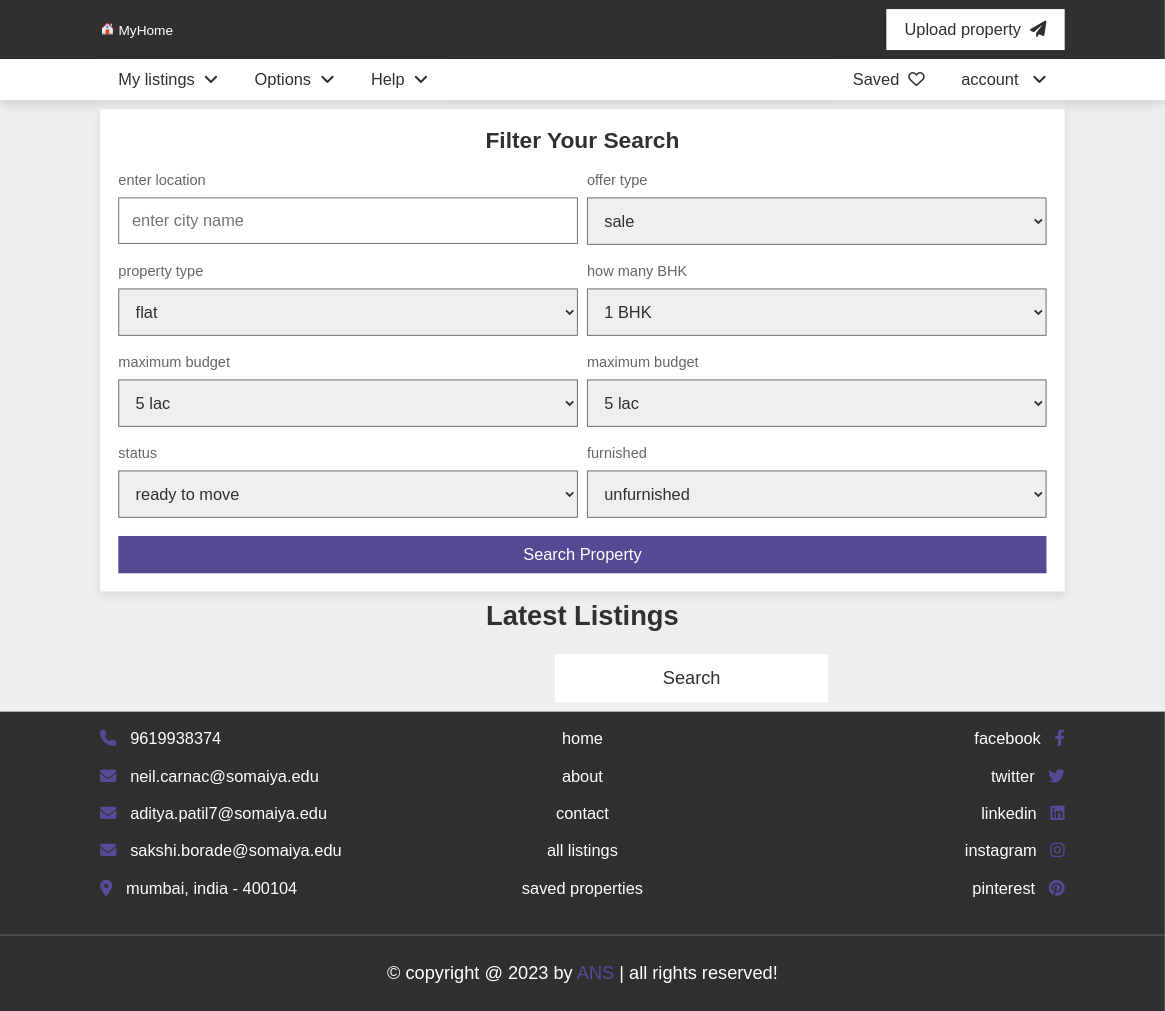
Repository: adi-tya999/wpl-project-realestatewebsite-main
Page: http://localhost/project/search.php
An editor plug-in stored every save of this project. The page is shown before and after the next save, followed by the edit.
The browser window is 1280 px wide. The pictures show the whole page, at 91% of full size.
The page is run by PHP 8.4 with error messages shown; the project is at /var/www/html/. Queries for data that is not in the repository find no rows.

Above is the page before, as saved 2023-04-30 16:53:25.

### project/search.php
<?php

include 'components/connect.php';

if(isset($_COOKIE['user_id'])){
   $user_id = $_COOKIE['user_id'];
}else{
   $user_id = '';
}

include 'components/save_send.php';

?>

<!DOCTYPE html>
<html lang="en">
<head>
<link type="image/png" sizes="16x16" rel="icon" href="images/hoe.png">

   <meta charset="UTF-8">
   <meta http-equiv="X-UA-Compatible" content="IE=edge">
   <meta name="viewport" content="width=device-width, initial-scale=1.0">
   <title>Search Me Daddy</title>

   <!-- font awesome cdn link  -->
   <link rel="stylesheet" href="https://cdnjs.cloudflare.com/ajax/libs/font-awesome/6.2.0/css/all.min.css">

   <!-- custom css file link  -->
   <link rel="stylesheet" href="css/style.css">

</head>
<body>

<?php include 'components/user_header.php'; ?>

<!-- search filter section starts  -->

<section class="filters" style="padding-bottom: 0;">

   <form action="" method="post">
      <div id="close-filter"><i class="fas fa-times"></i></div>
      <h3>filter your search</h3>

         <div class="flex">
            <div class="box">
               <p>enter location</p>
               <input type="text" name="location" required maxlength="50" placeholder="enter city name" class="input">
            </div>
            <div class="box">
               <p>offer type</p>
               <select name="offer" class="input" required>
                  <option value="sale">sale</option>
                  <option value="resale">resale</option>
                  <option value="rent">rent</option>
               </select>
            </div>
            <div class="box">
               <p>property type</p>
               <select name="type" class="input" required>
                  <option value="flat">flat</option>
                  <option value="house">house</option>
                  <option value="shop">shop</option>
               </select>
            </div>
            <div class="box">
               <p>how many BHK</p>
               <select name="bhk" class="input" required>
                  <option value="1">1 BHK</option>
                  <option value="2">2 BHK</option>
                  <option value="3">3 BHK</option>
                  <option value="4">4 BHK</option>
                  <option value="5">5 BHK</option>
                  <option value="6">6 BHK</option>
                  <option value="7">7 BHK</option>
                  <option value="8">8 BHK</option>
                  <option value="9">9 BHK</option>
               </select>
            </div>
            <div class="box">
               <p>maximum budget</p>
               <select name="min" class="input" required>
                  <option value="500000">5 lac</option>
                  <option value="1000000">10 lac</option>
                  <option value="2000000">20 lac</option>
                  <option value="3000000">30 lac</option>
                  <option value="4000000">40 lac</option>
                  <option value="4000000">40 lac</option>
                  <option value="5000000">50 lac</option>
                  <option value="6000000">60 lac</option>
                  <option value="7000000">70 lac</option>
                  <option value="8000000">80 lac</option>
                  <option value="9000000">90 lac</option>
                  <option value="10000000">1 Cr</option>
                  <option value="20000000">2 Cr</option>
                  <option value="30000000">3 Cr</option>
                  <option value="40000000">4 Cr</option>
                  <option value="50000000">5 Cr</option>
                  <option value="60000000">6 Cr</option>
                  <option value="70000000">7 Cr</option>
                  <option value="80000000">8 Cr</option>
                  <option value="90000000">9 Cr</option>
                  <option value="100000000">10 Cr</option>
                  <option value="150000000">15 Cr</option>
                  <option value="200000000">20 Cr</option>
               </select>
            </div>
            <div class="box">
               <p>maximum budget</p>
               <select name="max" class="input" required>
                  <option value="500000">5 lac</option>
                  <option value="1000000">10 lac</option>
                  <option value="2000000">20 lac</option>
                  <option value="3000000">30 lac</option>
                  <option value="4000000">40 lac</option>
                  <option value="4000000">40 lac</option>
                  <option value="5000000">50 lac</option>
                  <option value="6000000">60 lac</option>
                  <option value="7000000">70 lac</option>
                  <option value="8000000">80 lac</option>
                  <option value="9000000">90 lac</option>
                  <option value="10000000">1 Cr</option>
                  <option value="20000000">2 Cr</option>
                  <option value="30000000">3 Cr</option>
                  <option value="40000000">4 Cr</option>
                  <option value="50000000">5 Cr</option>
                  <option value="60000000">6 Cr</option>
                  <option value="70000000">7 Cr</option>
                  <option value="80000000">8 Cr</option>
                  <option value="90000000">9 Cr</option>
                  <option value="100000000">10 Cr</option>
                  <option value="150000000">15 Cr</option>
                  <option value="200000000">20 Cr</option>
               </select>
            </div>
            <div class="box">
               <p>status</p>
               <select name="status" class="input" required>
                  <option value="ready to move">ready to move</option>
                  <option value="under construction">under construction</option>
               </select>
            </div>
            <div class="box">
               <p>furnished</p>
               <select name="furnished" class="input" required>
                  <option value="unfurnished">unfurnished</option>
                  <option value="furnished">furnished</option>
                  <option value="semi-furnished">semi-furnished</option>
               </select>
            </div>
         </div>
         <input type="submit" value="search property" name="filter_search" class="btn">
   </form>

</section>

<!-- search filter section ends -->

<div id="filter-btn" class="fas fa-filter"></div>

<?php

if(isset($_POST['h_search'])){

   $h_location = $_POST['h_location'];
   $h_location = filter_var($h_location, FILTER_SANITIZE_STRING);
   $h_type = $_POST['h_type'];
   $h_type = filter_var($h_type, FILTER_SANITIZE_STRING);
   $h_offer = $_POST['h_offer'];
   $h_offer = filter_var($h_offer, FILTER_SANITIZE_STRING);
   $h_min = $_POST['h_min'];
   $h_min = filter_var($h_min, FILTER_SANITIZE_STRING);
   $h_max = $_POST['h_max'];
   $h_max = filter_var($h_max, FILTER_SANITIZE_STRING);

   $select_properties = $conn->prepare("SELECT * FROM `property` WHERE address LIKE '%{$h_location}%' AND type LIKE '%{$h_type}%' AND offer LIKE '%{$h_offer}%' AND price BETWEEN $h_min AND $h_max ORDER BY date DESC");
   $select_properties->execute();

}elseif(isset($_POST['filter_search'])){

   $location = $_POST['location'];
   $location = filter_var($location, FILTER_SANITIZE_STRING);
   $type = $_POST['type'];
   $type = filter_var($type, FILTER_SANITIZE_STRING);
   $offer = $_POST['offer'];
   $offer = filter_var($offer, FILTER_SANITIZE_STRING);
   $bhk = $_POST['bhk'];
   $bhk = filter_var($bhk, FILTER_SANITIZE_STRING);
   $min = $_POST['min'];
   $min = filter_var($min, FILTER_SANITIZE_STRING);
   $max = $_POST['max'];
   $max = filter_var($max, FILTER_SANITIZE_STRING);
   $status = $_POST['status'];
   $status = filter_var($status, FILTER_SANITIZE_STRING);
   $furnished = $_POST['furnished'];
   $furnished = filter_var($furnished, FILTER_SANITIZE_STRING);

   $select_properties = $conn->prepare("SELECT * FROM `property` WHERE address LIKE '%{$location}%' AND type LIKE '%{$type}%' AND offer LIKE '%{$offer}%' AND bhk LIKE '%{$bhk}%' AND status LIKE '%{$status}%' AND furnished LIKE '%{$furnished}%' AND price BETWEEN $min AND $max ORDER BY date DESC");
   $select_properties->execute();

}else{
   $select_properties = $conn->prepare("SELECT * FROM `property` ORDER BY date DESC LIMIT 6");
   $select_properties->execute();
}

?>

<!-- listings section starts  -->

<section class="listings">

   <?php
      if(isset($_POST['h_search']) or isset($_POST['filter_search'])){
         echo '<h1 class="heading">search results</h1>';
      }else{
         echo '<h1 class="heading">latest listings</h1>';
      }
   ?>

   <div class="box-container">
      <?php
         $total_images = 0;
         if($select_properties->rowCount() > 0){
            while($fetch_property = $select_properties->fetch(PDO::FETCH_ASSOC)){
            $select_user = $conn->prepare("SELECT * FROM `users` WHERE id = ?");
            $select_user->execute([$fetch_property['user_id']]);
            $fetch_user = $select_user->fetch(PDO::FETCH_ASSOC);

            if(!empty($fetch_property['image_02'])){
               $image_coutn_02 = 1;
            }else{
               $image_coutn_02 = 0;
            }
            if(!empty($fetch_property['image_03'])){
               $image_coutn_03 = 1;
            }else{
               $image_coutn_03 = 0;
            }
            if(!empty($fetch_property['image_04'])){
               $image_coutn_04 = 1;
            }else{
               $image_coutn_04 = 0;
            }
            if(!empty($fetch_property['image_05'])){
               $image_coutn_05 = 1;
            }else{
               $image_coutn_05 = 0;
            }

            $total_images = (1 + $image_coutn_02 + $image_coutn_03 + $image_coutn_04 + $image_coutn_05);

            $select_saved = $conn->prepare("SELECT * FROM `saved` WHERE property_id = ? and user_id = ?");
            $select_saved->execute([$fetch_property['id'], $user_id]);

      ?>
      <form action="" method="POST">
         <div class="box">
            <input type="hidden" name="property_id" value="<?= $fetch_property['id']; ?>">
            <?php
               if($select_saved->rowCount() > 0){
            ?>
            <button type="submit" name="save" class="save"><i class="fas fa-heart"></i><span>saved</span></button>
            <?php
               }else{
            ?>
            <button type="submit" name="save" class="save"><i class="far fa-heart"></i><span>save</span></button>
            <?php
               }
            ?>
            <div class="thumb">
               <p class="total-images"><i class="far fa-image"></i><span><?= $total_images; ?></span></p>
               <img src="uploaded_files/<?= $fetch_property['image_01']; ?>" alt="">
            </div>
            <div class="admin">
               <h3><?= substr($fetch_user['name'], 0, 1); ?></h3>
               <div>
                  <p><?= $fetch_user['name']; ?></p>
                  <span><?= $fetch_property['date']; ?></span>
               </div>
            </div>
         </div>
         <div class="box">
            <div class="price"><i class="fas fa-indian-rupee-sign"></i><span><?= $fetch_property['price']; ?></span></div>
            <h3 class="name"><?= $fetch_property['property_name']; ?></h3>
            <p class="location"><i class="fas fa-map-marker-alt"></i><span><?= $fetch_property['address']; ?></span></p>
            <div class="flex">
               <p><i class="fas fa-house"></i><span><?= $fetch_property['type']; ?></span></p>
               <p><i class="fas fa-tag"></i><span><?= $fetch_property['offer']; ?></span></p>
               <p><i class="fas fa-bed"></i><span><?= $fetch_property['bhk']; ?> BHK</span></p>
               <p><i class="fas fa-trowel"></i><span><?= $fetch_property['status']; ?></span></p>
               <p><i class="fas fa-couch"></i><span><?= $fetch_property['furnished']; ?></span></p>
               <p><i class="fas fa-maximize"></i><span><?= $fetch_property['carpet']; ?>sqft</span></p>
            </div>
            <div class="flex-btn">
               <a href="view_property.php?get_id=<?= $fetch_property['id']; ?>" class="btn">view property</a>
               <input type="submit" value="send enquiry" name="send" class="btn">
            </div>
         </div>
      </form>
      <?php
         }
      }else{
         echo '<p class="empty">Search</p>';
      }
      ?>

   </div>

</section>

<!-- listings section ends -->











<script src="https://cdnjs.cloudflare.com/ajax/libs/sweetalert/2.1.2/sweetalert.min.js"></script>

<?php include 'components/footer.php'; ?>

<!-- custom js file link  -->
<script src="js/script.js"></script>

<?php include 'components/message.php'; ?>

<script>

document.querySelector('#filter-btn').onclick = () =>{
   document.querySelector('.filters').classList.add('active');
}

document.querySelector('#close-filter').onclick = () =>{
   document.querySelector('.filters').classList.remove('active');
}

</script>

</body>
</html>

### project/components/connect.php
<?php

   $db_name = 'mysql:host=localhost;dbname=home_db';
   $db_user_name = 'root';
   $db_user_pass = '';

   $conn = new PDO($db_name, $db_user_name, $db_user_pass);

   function create_unique_id(){
      $characters = '0123456789abcdefghijklmnopqrstuvwxyzABCDEFGHIJKLMNOPQRSTUVWXYZ';
      $charactersLength = strlen($characters);
      $randomString = '';
      for ($i = 0; $i < 20; $i++) {
          $randomString .= $characters[mt_rand(0, $charactersLength - 1)];
      }
      return $randomString;
  }

?>

### project/components/save_send.php
<?php

if(isset($_POST['save'])){
   if($user_id != ''){

      $save_id = create_unique_id();
      $property_id = $_POST['property_id'];
      $property_id = filter_var($property_id, FILTER_SANITIZE_STRING);

      $verify_saved = $conn->prepare("SELECT * FROM `saved` WHERE property_id = ? and user_id = ?");
      $verify_saved->execute([$property_id, $user_id]);

      if($verify_saved->rowCount() > 0){
         $remove_saved = $conn->prepare("DELETE FROM `saved` WHERE property_id = ? AND user_id = ?");
         $remove_saved->execute([$property_id, $user_id]);
         $success_msg[] = 'removed from saved!';
      }else{
         $insert_saved = $conn->prepare("INSERT INTO`saved`(id, property_id, user_id) VALUES(?,?,?)");
         $insert_saved->execute([$save_id, $property_id, $user_id]);
         $success_msg[] = 'listing saved!';
      }

   }else{
      $warning_msg[] = 'please login first!';
   }
}

if(isset($_POST['send'])){
   if($user_id != ''){

      $request_id = create_unique_id();
      $property_id = $_POST['property_id'];
      $property_id = filter_var($property_id, FILTER_SANITIZE_STRING);

      $select_receiver = $conn->prepare("SELECT user_id FROM `property` WHERE id = ? LIMIT 1");
      $select_receiver->execute([$property_id]);
      $fetch_receiver = $select_receiver->fetch(PDO::FETCH_ASSOC);
      $receiver = $fetch_receiver['user_id'];

      $verify_request = $conn->prepare("SELECT * FROM `requests` WHERE property_id = ? AND sender = ? AND receiver = ?");
      $verify_request->execute([$property_id, $user_id, $receiver]);

      if(($verify_request->rowCount() > 0)){
         $warning_msg[] = 'request sent already!';
      }else{
         $send_request = $conn->prepare("INSERT INTO `requests`(id, property_id, sender, receiver) VALUES(?,?,?,?)");
         $send_request->execute([$request_id, $property_id, $user_id, $receiver]);
         $success_msg[] = 'request sent successfully!';
      }

   }else{
      $warning_msg[] = 'please login first!';
   }
}

?>

### project/components/footer.php
<!-- footer section starts  -->

<footer class="footer">

   <section class="flex">

      <div class="box">
         <a href="tel:9619938374"><i class="fas fa-phone"></i><span>9619938374</span></a>
         <a href="mailto:neil.carnac@somaiya.edu"><i class="fas fa-envelope"></i><span>neil.carnac@somaiya.edu</span></a>
         <a href="mailto:aditya.patil7@somaiya.edu"><i class="fas fa-envelope"></i><span>aditya.patil7@somaiya.edu</span></a>
         <a href="mailto:sakshi.borade@somaiya.edu"><i class="fas fa-envelope"></i><span>sakshi.borade@somaiya.edu</span></a>
         <a href="#"><i class="fas fa-map-marker-alt"></i><span>mumbai, india - 400104</span></a>
      </div>

      <div class="box">
         <a href="home.php"><span>home</span></a>
         <a href="about.php"><span>about</span></a>
         <a href="contact.php"><span>contact</span></a>
         <a href="listings.php"><span>all listings</span></a>
         <a href="saved.php"><span>saved properties</span></a>
      </div>

      <div class="box">
         <a href="#"><span>facebook</span><i class="fab fa-facebook-f"></i></a>
         <a href="#"><span>twitter</span><i class="fab fa-twitter"></i></a>
         <a href="#"><span>linkedin</span><i class="fab fa-linkedin"></i></a>
         <a href="#"><span>instagram</span><i class="fab fa-instagram"></i></a>
         <a href="#"><span>pinterest</span><i class="fab fa-pinterest"></i></a>

      </div>

   </section>

   <div class="credit">&copy; copyright @ <?= date('Y'); ?> by <span>ANS</span> | all rights reserved!</div>

</footer>

<!-- footer section ends -->

Loaded but not shown: project/components/message.php (common file); project/js/script.js (21 lines, source omitted); project/css/style.css (1372 lines, source omitted); project/components/user_header.php (68 lines, source omitted)

After the next save:
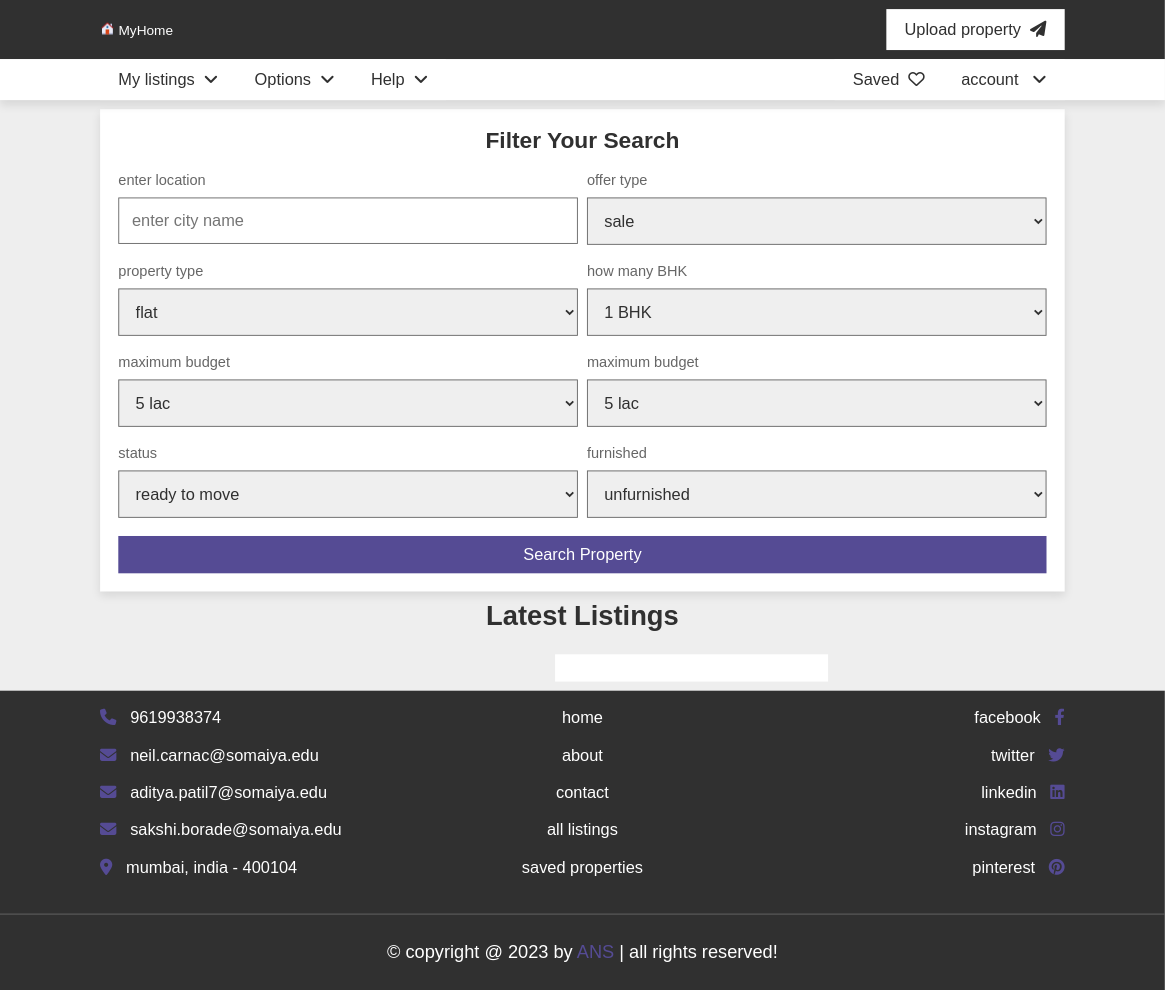
Saved 3 s later.
--- a/project/search.php
+++ b/project/search.php
@@ -299,7 +299,7 @@
       <?php
          }
       }else{
-         echo '<p class="empty">Search</p>';
+         echo '<p class="empty"></p>';
       }
       ?>
 

After the 4 saves that followed:
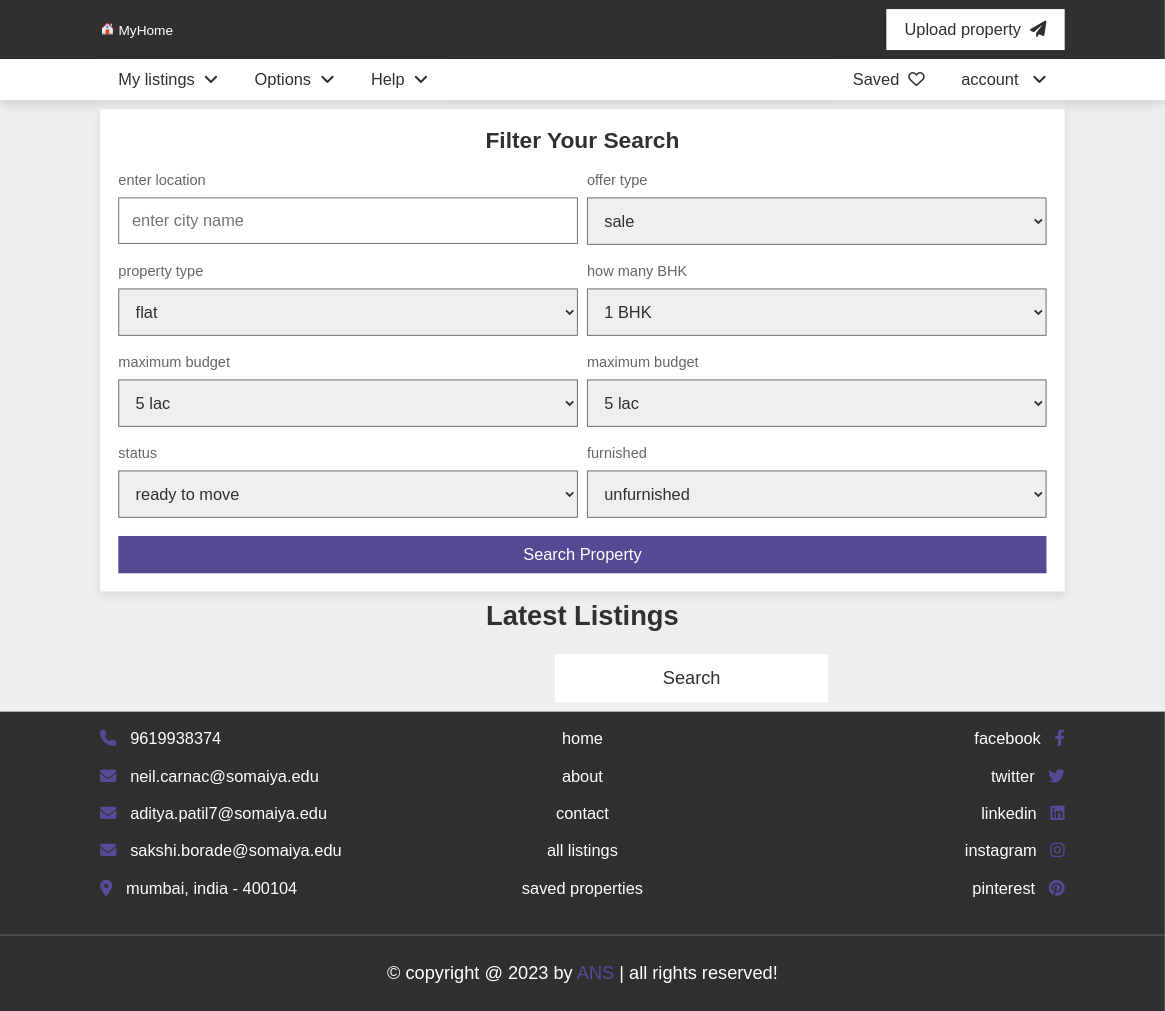
The 4 saves are shown as one change because they came seconds apart.
The last was saved 10 s later.
--- a/project/search.php
+++ b/project/search.php
@@ -299,7 +299,7 @@
       <?php
          }
       }else{
-         echo '<p class="empty"></p>';
+         echo '<center><p class="empty">Search</p>';
       }
       ?>
 
